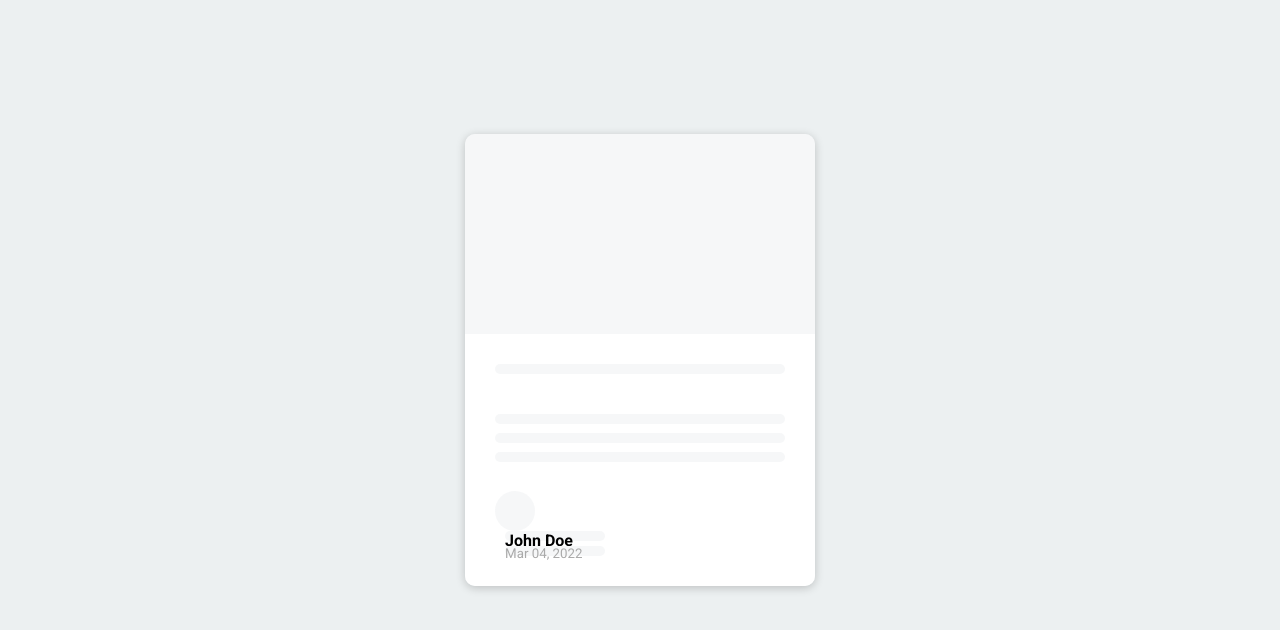
Repository: jt010051/contentData
Page: index.html
An editor plug-in stored every save of this project. The page is shown before and after the next save, followed by the edit.
The browser window is 1280 px wide. The pictures show the whole page.

Above is the page before, as saved 2022-03-04 12:09:56.

After the next save:
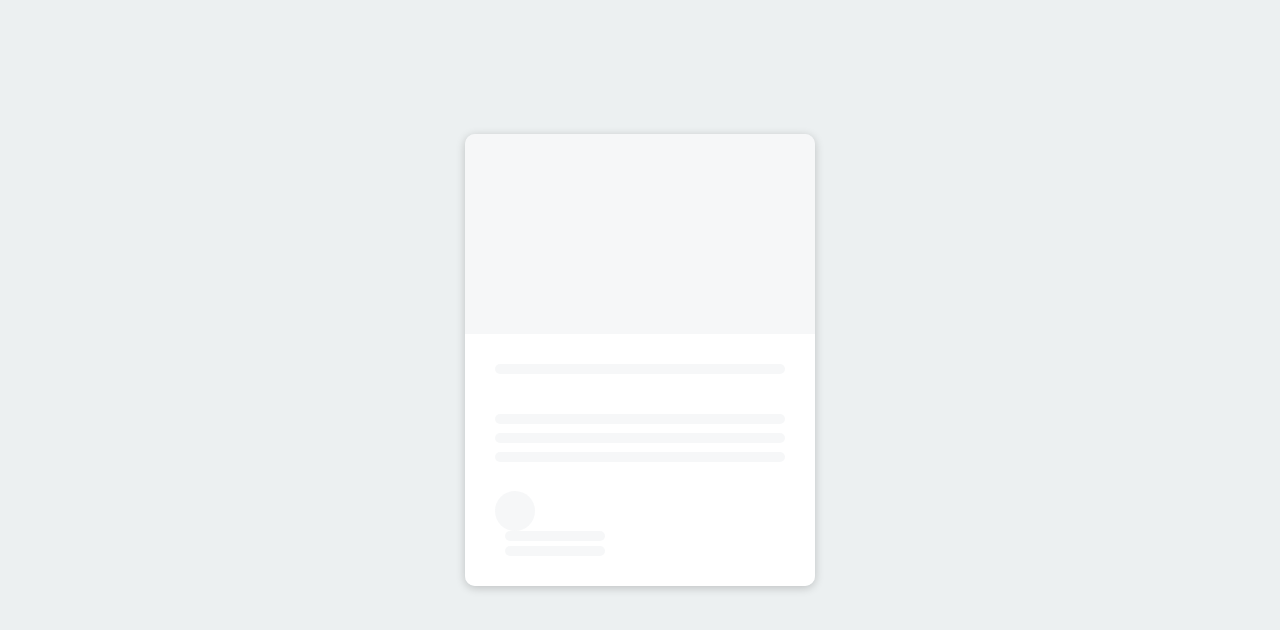
Saved 24 s later.
--- a/index.html
+++ b/index.html
@@ -30,8 +30,8 @@
         </div>
     </div>
     <div class="author-info">
-    <strong class="animated-bg animated-bg-text" id="name">John Doe</strong>
-    <small class="animated-bg animated-bg-text" id="date">Mar 04, 2022</small>
+    <strong class="animated-bg animated-bg-text" id="name">&nbsp;</strong>
+    <small class="animated-bg animated-bg-text" id="date">&nbsp;</small>
 
     </div>
 </div>
